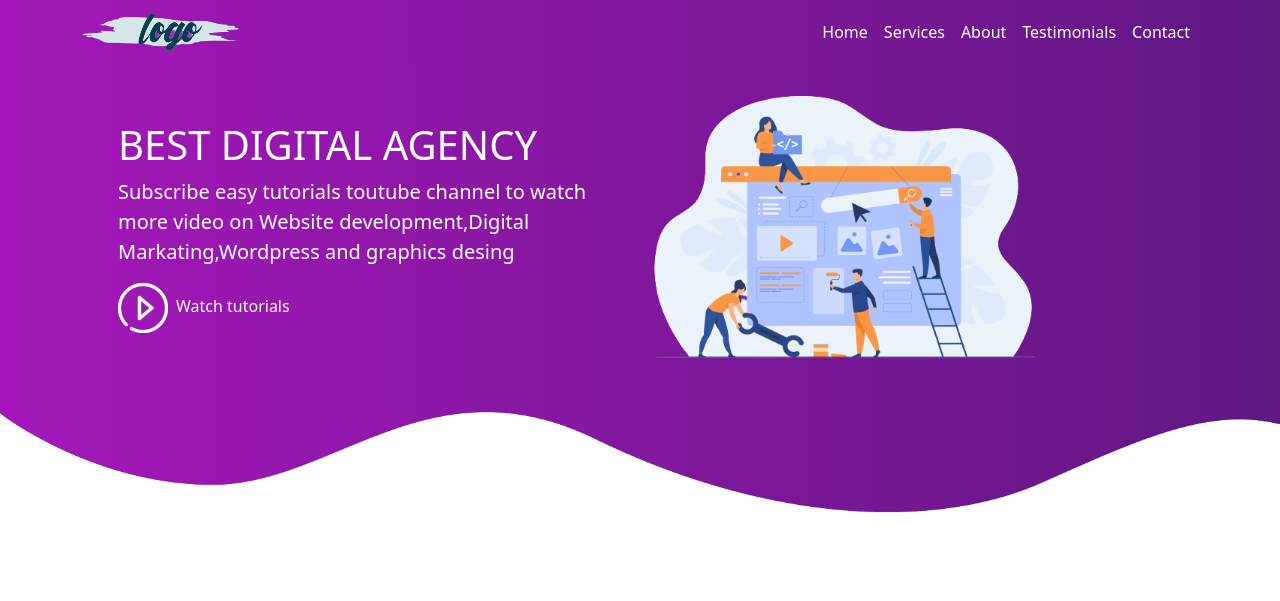
Repository: zjria/PSD-to-HTML-DIGITAL-AGENCY
Page: index.html
The author's editor kept a copy of each file at every save. The page is drawn from the files as they stood at one save, then again after the next save.
The browser window is 1280 px wide. The pictures show the whole page.
Some web libraries are served in a nearby version.

Above is the page before, as saved 2022-05-11 07:40:36.

After the next save:
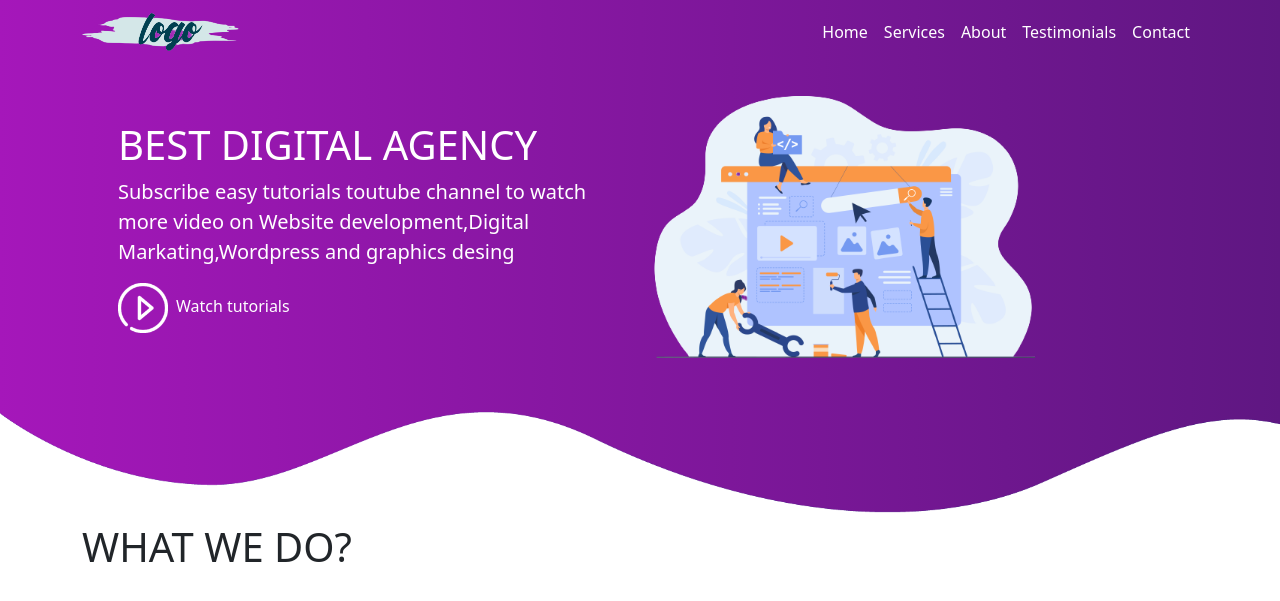
Saved 13 s later.
--- a/index.html
+++ b/index.html
@@ -68,7 +68,7 @@
       <section class="service-section">
         <div class="container">
           <div class="row">
-            <h1 class="title"></h1>
+            <h1 class="title">WHAT WE DO?</h1>
             <span></span>
           </div>
           <div class="row"></div>
